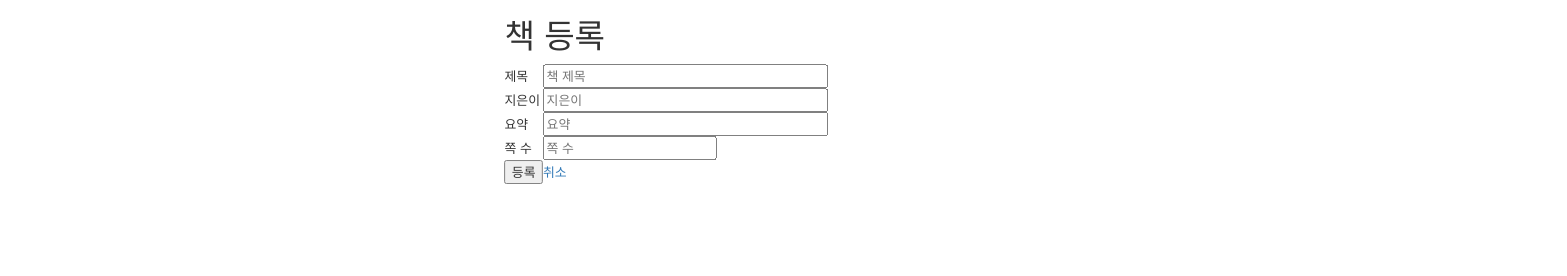
Repository: newzinee/SKDidimdolSpring
Page: http://localhost/AZBookPrj/insertBook.jsp
The author's editor kept a copy of each file at every save. The page is drawn from the files as they stood at one save, then again after the next save.
The browser window is 1280 px wide. The page is 1703 px wide, so the pictures cover 1703 px, including what lies to the right of the window. The pictures show the whole page, at 92% of full size.
The page is served by Tomcat 9. Nobody is signed in. The application's start-up code is not run.

Above is the page before, as saved 2017-02-12 14:07:34.
Console error (its wording comes from the project's code and is left out).

After the next save:
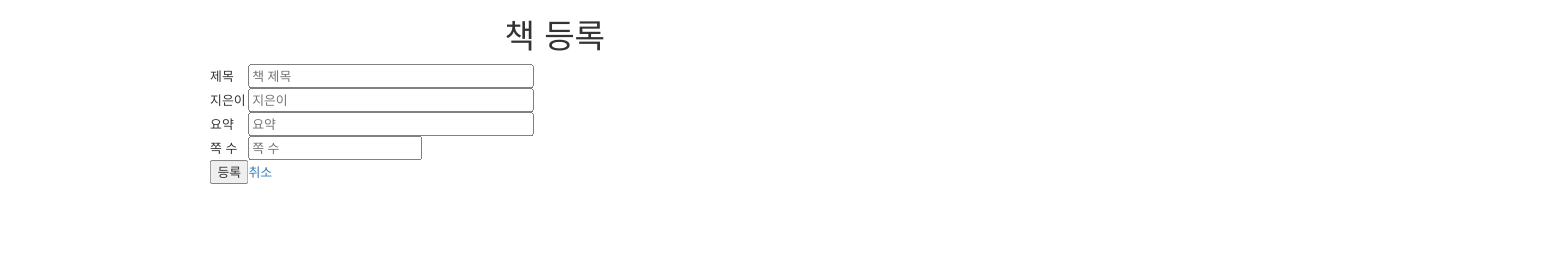
Saved 5 s later.
--- a/AZBookPrj/WebContent/insertBook.jsp
+++ b/AZBookPrj/WebContent/insertBook.jsp
@@ -19,7 +19,7 @@
 	<div class="container col-md-offset-5">
 		<h1>책 등록</h1>
 	</div>
-	<div class="container col-md-offset-5">
+	<div class="container col-md-offset-2">
 		<form method="POST" action="insertBook.do">
 			<table>
 				<tr>
